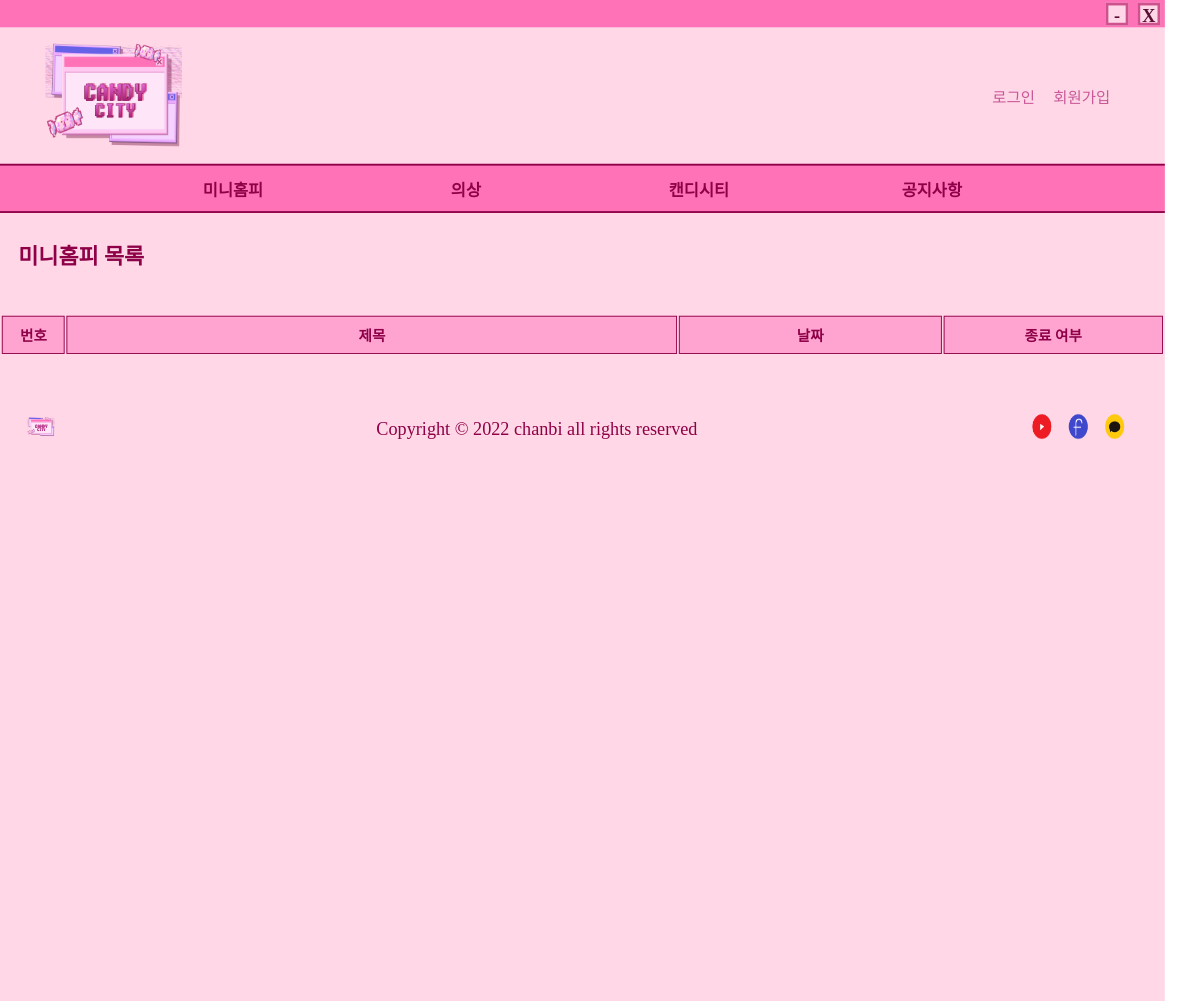
Repository: chanbiM/candyCityProject
Page: http://localhost/CandyCityProj/getNoticeList?type=E
The author's editor kept a copy of each file at every save. The page is drawn from the files as they stood at one save, then again after the next save.
The browser window is 1280 px wide. The page is 1310 px wide, so the pictures cover 1310 px, including what lies to the right of the window. The pictures show the whole page, at 91% of full size.
Some web fonts or font styles are not loaded; a fallback is used. The page is served by Tomcat 9. Queries for data that is not in the repository find no rows.

Above is the page before, as saved 2022-11-19 08:16:13.

After the next save:
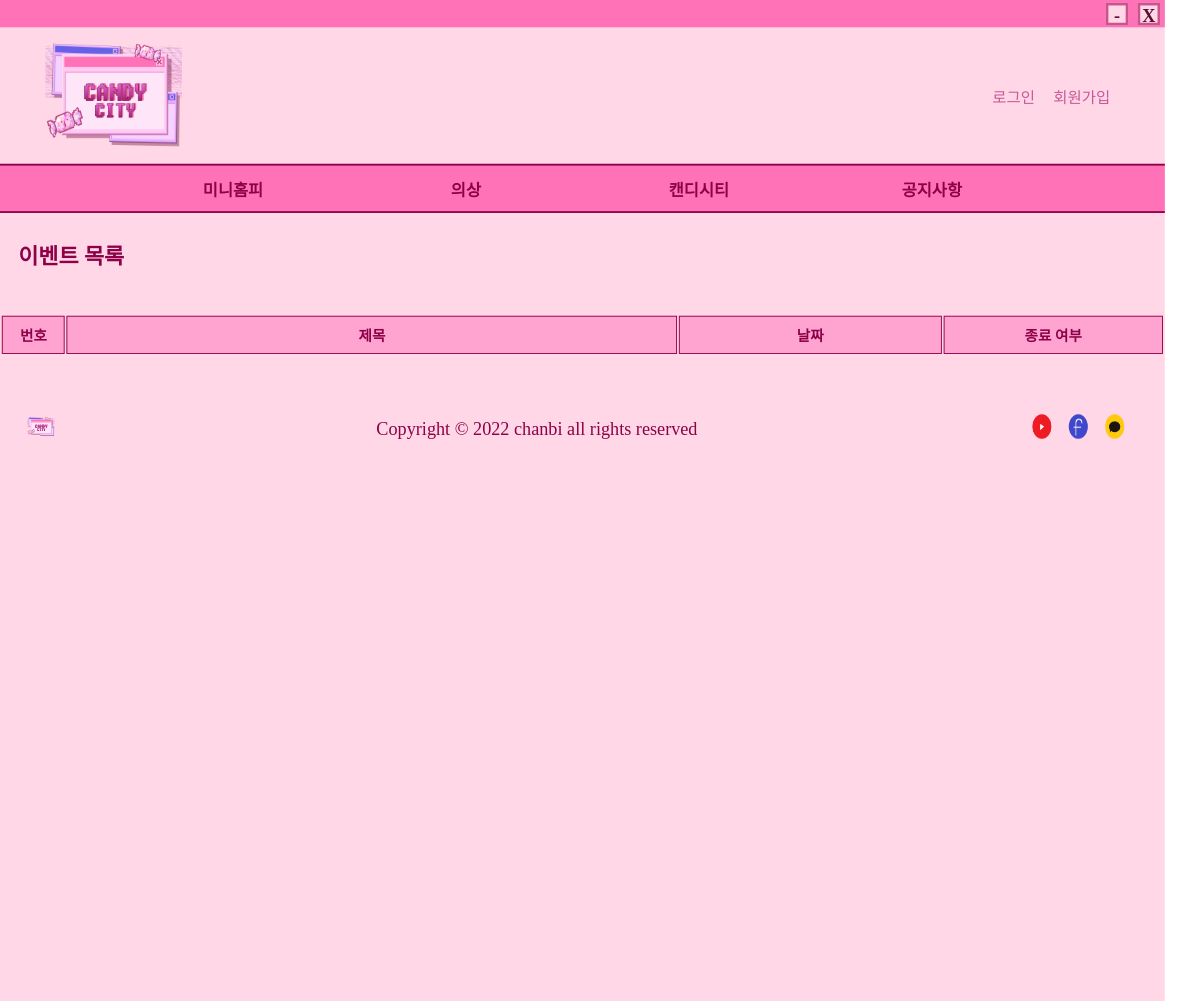
Saved 32 s later.
--- a/CandyCityProj/WebContent/member/event/noticeList.jsp
+++ b/CandyCityProj/WebContent/member/event/noticeList.jsp
@@ -13,7 +13,12 @@
 	String type = (String)request.getAttribute("type");
 %>
 	<!--이벤트 목록-->
-	<h2>미니홈피 목록</h2> <br>
+	<%
+		if(type.equals("E"))
+	%>
+			<h2>이벤트 목록</h2> <br>
+
+
 			<table id="homepiList">
 				<tr>
 					<th class="number">
